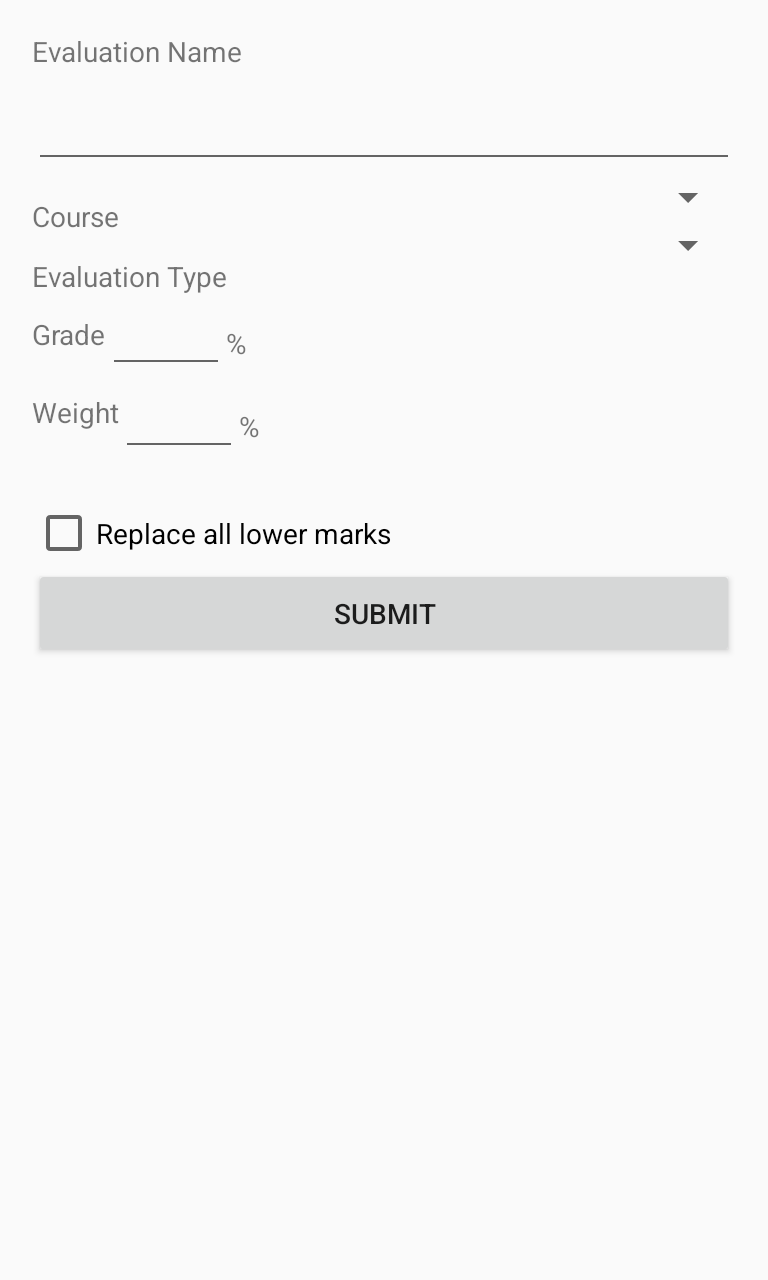
Repository: Tenergy05/GradePlanner
Layout: GradePlanner/res/layout/activity_add_mark.xml
These files come from the project's save history. The layout is drawn as it stood at one moment and after the next save; the edit follows.
It is drawn on a 768 x 1280 px phone screen (xhdpi) without system bars, with theme AppTheme; the app's code is not run.

Above is the layout before, as saved 2014-12-30 22:08:23.

After the next save:
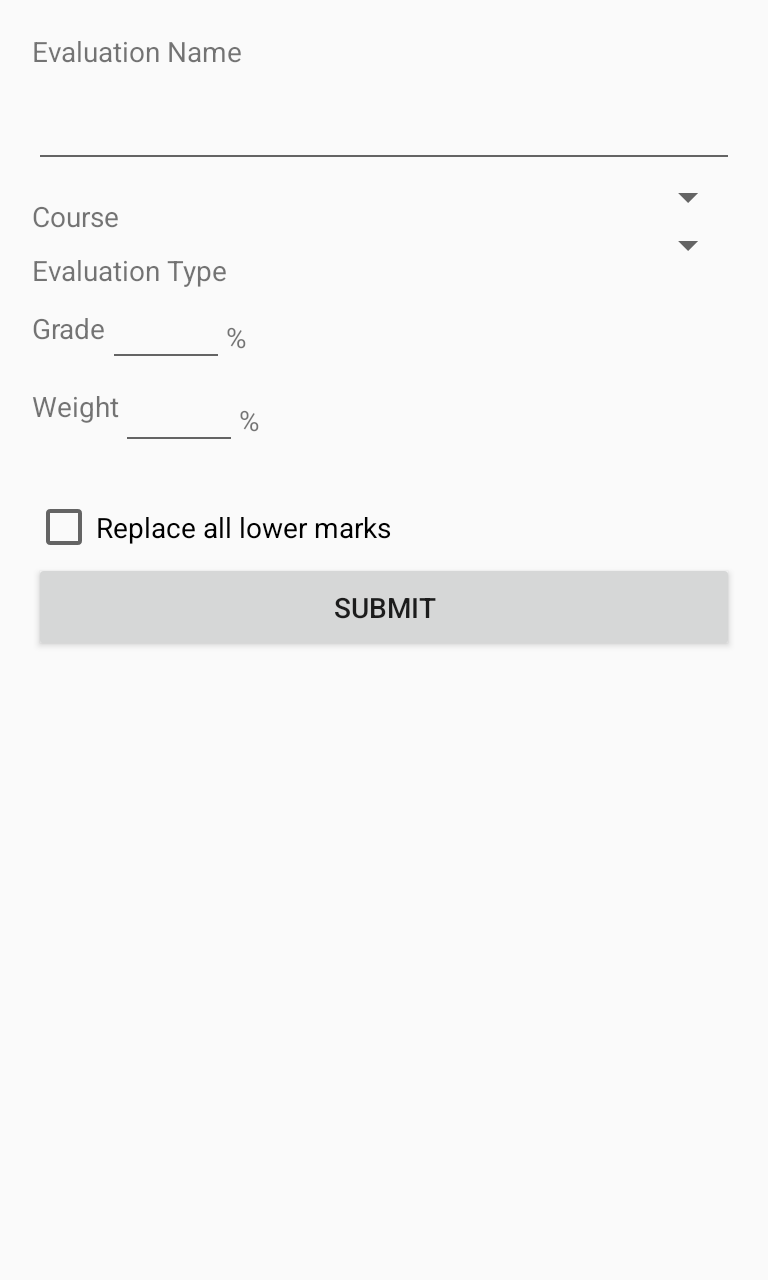
Saved 37 s later.
--- a/GradePlanner/res/layout/activity_add_mark.xml
+++ b/GradePlanner/res/layout/activity_add_mark.xml
@@ -48,7 +48,7 @@
         android:layout_height="wrap_content"
         android:layout_alignLeft="@+id/textView2"
         android:layout_below="@+id/spinner1"
-        android:layout_marginTop="18dp"
+        android:layout_marginTop="15dp"
         android:text="@string/eval_type" />
 
     <Spinner
